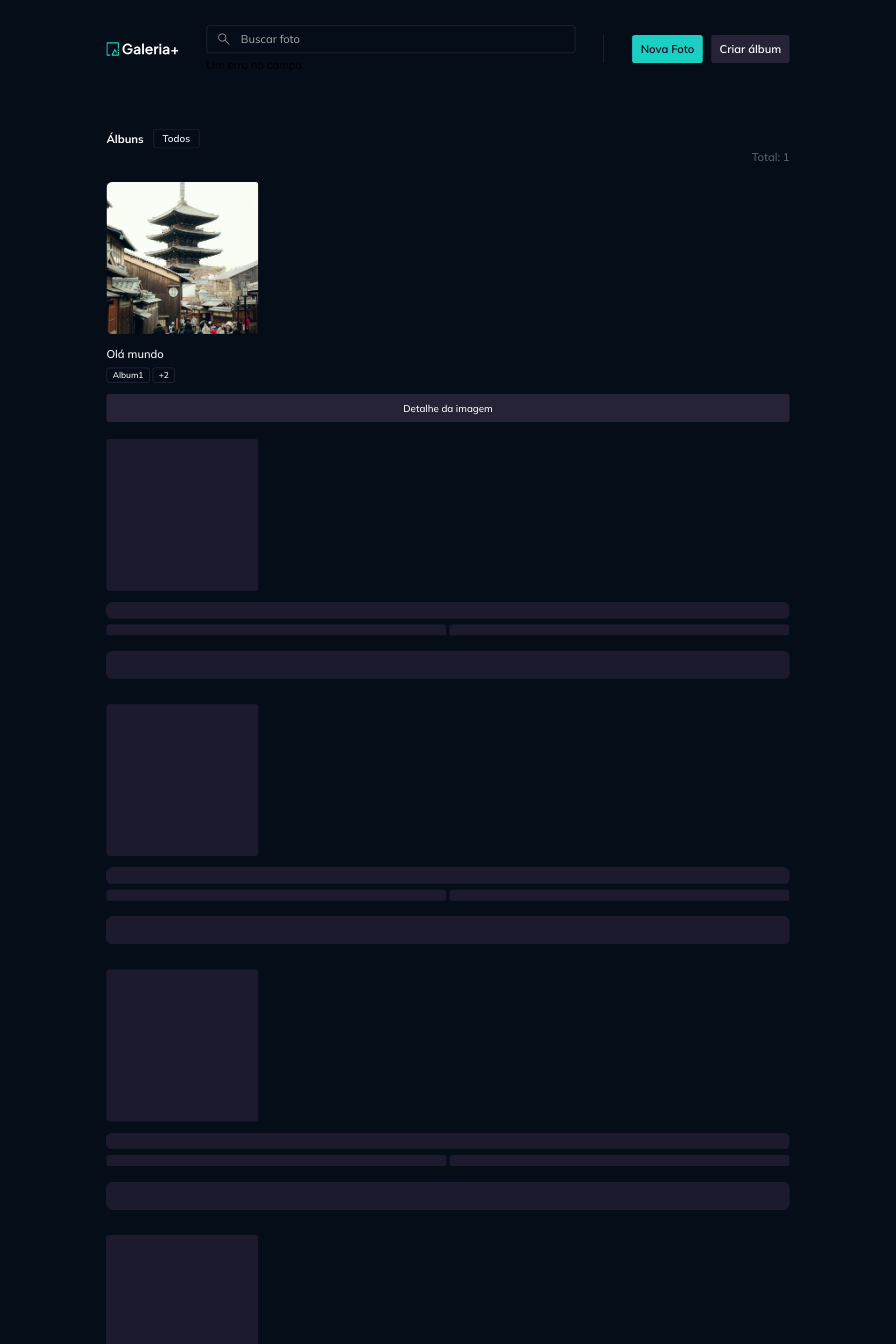
Repository: LuizMXavier/gallery-plus
Page: /
These files come from the project's save history. The page is drawn as it stood at one moment and after a run of saves; the edit follows.
The browser window is 1280 px wide. The pictures show the part of the page from y = 0 to 1920 px (the page is 4521 px tall before and 4557 px after), at 70% of full size.
The project was rebuilt for these pictures with package versions that can differ from the ones it lists, and the page was loaded fresh each time. Also part of the build but not shown: vite.config.ts, src/components/button-icon.tsx, src/components/alert.tsx, src/components/input-checkbox.tsx, src/components/input-single-file.tsx, src/components/card.tsx, src/components/dialog.tsx, src/pages/pages-components.tsx and 1 more.

Above is the page before, as saved 2025-09-22 17:50:57.

### index.html
<!DOCTYPE html>
<html lang="en">
	<head>
		<meta charset="UTF-8" />
		<link rel="icon" type="image/svg+xml" href="/favicon.svg" />

		<meta name="viewport" content="width=device-width, initial-scale=1.0" />

		<link rel="preconnect" href="https://fonts.googleapis.com" />
		<link rel="preconnect" href="https://fonts.gstatic.com" crossorigin />
		<link
			href="https://fonts.googleapis.com/css2?family=Mulish:ital,wght@0,200..1000;1,200..1000&display=swap"
			rel="stylesheet"
		/>

		<title>Galeria+</title>
	</head>
	<body class="bg-background-primary">
		<div id="root"></div>
		<script type="module" src="/src/main.tsx"></script>
	</body>
</html>

### src/main.tsx
import "./index.css";

import {StrictMode} from "react";
import {createRoot} from "react-dom/client";
import App from "./App.tsx";

createRoot(document.getElementById("root")!).render(
	<StrictMode>
		<App />
	</StrictMode>
);

### src/index.css
@import "tailwindcss";
@import "tw-animate-css";

@theme {
	--color-*: initial;
	--color-white: #ffffff;
	--color-black: #000000;
	--color-background-primary: #040d18;
	--color-background-secondary: #262337;
	--color-background-tertiary: #3c3857;
	--color-border-primary: #2c2c35;
	--color-border-active: #4c4c5d;
	--color-accent-brand: #1ccfc3;
	--color-accent-brand-light: #66eae1;
	--color-accent-red: #f54a26;
	--color-heading: #fafcff;
	--color-accent-paragraph: #f1f7ff;
	--color-accent-span: #5c636c;
	--color-placeholder: #a9a9a9;
	--color-label: #ffffff;
	--color-label-inverse: #040d18;

	--font-sans: "Mulish", sans-serif;
}

### src/App.tsx
import {BrowserRouter, Route, Routes} from "react-router";
import PageComponents from "./pages/pages-components";
import LayoutMain from "./pages/layout-main";
import PageHome from "./pages/page-home";
import PagePhotoDetails from "./pages/page-photo-details";

export default function App() {
	return (
		<BrowserRouter>
			<Routes>
				<Route element={<LayoutMain/>}>
					<Route index element={<PageHome/>}/>
					<Route path="/fotos/:id" element={<PagePhotoDetails/>}/>
					<Route path="/componentes" element={<PageComponents/>}/>
				</Route>

			</Routes>
		</BrowserRouter>
	)
}

### src/pages/layout-main.tsx
import { Outlet } from "react-router";
import MainHeader from "../components/main-header";
import MainContent from "../components/main-content";

export default function LayoutMain() {
  return (
    <>
      <MainHeader className="mt-9" />
      <MainContent>
        <Outlet />
      </MainContent>
    </>
  );
}

### src/pages/page-home.tsx
import Container from "../components/container";
import AlbumsFilter from "../contexts/albums/components/albums-filter";
import PhotoList from "../contexts/photos/components/photos-list";

export default function PageHome() {
  return (
    <Container>
      <AlbumsFilter albums={[]}/>
      <PhotoList
        photos={[{
            id: "123",
            title: "Olá mundo",
            imageId: "portrait-tower.png",
            albums: [
              { id: "3421", title: "Album1" },
              { id: "123", title: "Album2" },
              { id: "456", title: "Album3" },
            ],
          },
        ]}
      />
    </Container>
  );
}

### src/components/button.tsx
import React from "react";
import Icon from "./icon";
import Text from "./text";
import {tv, type VariantProps} from "tailwind-variants";
import SpinnerIcon from "../assets/icons/spinner.svg?react";
import cx from "classnames";

export const buttonVariants = tv({
	base: "flex items-center justify-center cursor-pointer transition rounded group gap-1",
	variants: {
		variant: {
			primary: "bg-accent-brand hover:bg-accent-brand-light",
			secondary: "bg-background-secondary hover:bg-background-tertiary",
			destructive: "bg-background-secondary hover:bg-background-tertiary",
			ghost: `
					bg-transparent border border-solid border-border-primary
				text-accent-paragraph hover:border-background-secondary
				`,
		},
		size: {
			sm: "h-7 py-1 px-3",
			md: "h-10 py-2 pl-3 pr-3",
		},
		disabled: {
			true: "opacity-50 pointer-events-none",
		},
		handling: {
			true: "pointer-events-none",
		},
	},
	defaultVariants: {
		variant: "primary",
		size: "md",
		disabled: false,
		handling: false,
	},
});

export const buttonTextVariants = tv({
	variants: {
		variant: {
			primary: "text-label-inverse",
			secondary: "text-label",
			destructive: "text-accent-red",
			ghost: "text-accent-paragraph",
		},
		size: {
			sm: "text-sm",
			md: "text-base",
		},
	},
	defaultVariants: {
		variant: "primary",
		size: "md",
	},
});

export const buttonIconVariants = tv({
	variants: {
		variant: {
			primary: "fill-label-inverse",
			secondary: "fill-label",
			destructive: "fill-accent-red",
			ghost: "fill-accent-paragraph",
		},
		size: {
			sm: "w-4 h-4",
			md: "w-6 h-6",
		},
		handling: {
			true: "w-4 h-4",
		},
	},
	defaultVariants: {
		variant: "primary",
		size: "md",
	},
});

interface ButtonProps
	extends Omit<React.ComponentProps<"button">, "size" | "disabled">,
		VariantProps<typeof buttonVariants> {
	icon?: React.ComponentProps<typeof Icon>["svg"];
	handling?: boolean;
}

export default function Button({
	variant,
	size,
	disabled,
	className,
	children,
	handling,
	icon,
	type = "button",
	...props
}: ButtonProps) {
	return (
		<button
			type={type}
			className={buttonVariants({
				variant,
				size,
				disabled,
				handling,
				className: cx(
					{
						"pr-1": icon,
					},
					className
				),
			})}
			disabled={disabled as boolean}
			{...props}
		>
			<Text
				variant="label-medium"
				className={buttonTextVariants({variant, size})}
			>
				{children}
			</Text>
			{(icon || handling) && (
				<Icon
					svg={handling ? SpinnerIcon : icon!}
					animate={handling}
					className={buttonIconVariants({variant, size, handling})}
				/>
			)}
		</button>
	);
}

### src/components/badge.tsx
import React from "react";
import Text from "./text";
import {tv, type VariantProps} from "tailwind-variants";
import cx from "classnames";
import Skeleton from "./skeleton";

export const badgeVariants = tv({
	base: "inline-flex items-center justify-center rounded",
	variants: {
		variant: {
			none: "",
			ghost:
				"bg-transparent border border-solid border-border-primary text-accent-paragraph",
		},
		size: {
			xs: "py-0.5 px-2",
			sm: "py-1 px-3",
		},
	},
	defaultVariants: {
		variant: "ghost",
		size: "sm",
	},
});

export const badgeTextVariants = tv({
	base: "text-xs",
	variants: {
		size: {
			xs: "text-xs",
			sm: "text-sm",
		},
	},
});

export const badgeSkeletonVariants = tv({
	variants: {
		size: {
			xs: "w-12 h-[1.375rem]",
			sm: "w-16 h-[1.875rem]",
		},
	},
	defaultVariants: {
		size: "sm",
	},
});

interface BadgeProps
	extends React.ComponentProps<"div">,
		VariantProps<typeof badgeVariants> {
	loading?: boolean;
}

export default function Badge({
	variant,
	size,
	className,
	children,
	loading,
	...props
}: BadgeProps) {
	if (loading) {
		return (
			<Skeleton
				rounded="full"
				className={cx(
					badgeVariants({variant: "none"}),
					badgeSkeletonVariants({size}),
					className
				)}
			/>
		);
	}

	return (
		<div className={badgeVariants({variant, size, className})} {...props}>
			<Text className={badgeTextVariants({size})}>{children}</Text>
		</div>
	);
}

### src/components/text.tsx
import React from "react";
import {tv, type VariantProps} from "tailwind-variants";

export const textVariants = tv({
	base: "font-sans text-white",
	variants: {
		variant: {
			"heading-large": "text-2xl leading-[130%] font-bold",
			"heading-medium": "text-xl leading-[130%] font-bold",
			"heading-small": "text-base leading-[130%] font-bold",
			"paragraph-large": "text-base leading-[150%] font-medium",
			"paragraph-medium": "text-sm leading-[150%] font-medium",
			"paragraph-small": "text-xs leading-[150%] font-medium",
			"label-medium": "text-base leading-[150%] font-semibold",
			"label-small": "text-xs leading-[150%] font-semibold",
		},
	},
	defaultVariants: {
		variant: "paragraph-medium",
	},
});

interface TextProps extends VariantProps<typeof textVariants> {
	as?: keyof React.JSX.IntrinsicElements;
	className?: string;
	children?: React.ReactNode;
}

export default function Text({
	as = "span",
	variant,
	className,
	children,
	...props
}: TextProps) {
	return React.createElement(
		as,
		{
			className: textVariants({variant, className}),
			...props,
		},
		children
	);
}

### src/components/divider.tsx
import {tv, type VariantProps} from "tailwind-variants";

export const dividerVariants = tv({
	base: "w-full h-px ",
	variants: {
		variant: {
			default: "bg-border-primary",
		},
		orientation: {
			horizontal: "w-full h-px",
			vertical: "w-px h-full",
		},
	},
	defaultVariants: {
		variant: "default",
	},
});

interface DividerProps
	extends React.ComponentProps<"div">,
		VariantProps<typeof dividerVariants> {
	orientation?: "horizontal" | "vertical";
}

export default function Divider({
	className,
	orientation = "horizontal",
	...props
}: DividerProps) {
	return (
		<div className={dividerVariants({className, orientation})} {...props} />
	);
}

### src/components/input-text.tsx
import { tv, type VariantProps } from "tailwind-variants";
import Icon from "./icon";
import Text from "./text";
import { serialize } from "v8";

export const inputTextContainerVariants = tv({
    base: "flex flex-col gap-1"
})

export const inputTextWrapperVariants = tv({
    base:`
        border border-solid border-border-primary
        focus:border-border-active bg-transparent
        rounded flex items-center gap-3
    `,
    variants: {
        size: {
            md:"h-10 p-3"
        },
        disabled: {
            true:"pointer-events-none"
        }
    },
    defaultVariants: {
        size:"md",
        disabled: false
    }
});

export const inputTextVariants = tv({
    base: `
        bg-transparent outiline-none placeholder:text-placeholder
        text-accent-paragraph flex-1
    `
})

export const inputTextIconVariants = tv({
    base:"fill-placeholder",
    variants: {
        size: {
            md:"w-6 h-6"
        }
    },
    defaultVariants: {
        size:"md"
    }
})

interface InputTextProps
    extends VariantProps<typeof inputTextWrapperVariants>,
    Omit<React.ComponentProps<"input">,"size" | "disabled"> {
        icon?: React.ComponentProps<typeof Icon>['svg'],
        error?: React.ReactNode;
    }

export default function InputText({
    size,
    disabled,
    className,
    icon,
    error,
    ...props
}: InputTextProps) {
    return (
        <div className={inputTextContainerVariants(className)}>
            <div className={inputTextWrapperVariants({size, disabled})}>
                {icon && <Icon svg={icon} className={inputTextIconVariants({size})}/>}
                <input className={inputTextVariants()} disabled={disabled as boolean} {...props}/>
            </div>Um erro no campo
            {error && (
                <Text variant="label-small" className="text-accent-red">
                {error}
            </Text>
            )}
        </div>
    )
}

### src/components/image-preview.tsx
import { tv } from "tailwind-variants";
import React from "react";

export const imageFilePreviewVariants = tv({
    base:`
        rounded-lg overflow-hidden
    `
});

export const imageFilePreviewImageVariants = tv ({
    base: `w-full h-full object-cover `
})

interface ImageFilePreviewProps extends React.ComponentProps<"img"> {
    imageClassName?: string;
}

export default function ImageFilePreview({
    className,
    imageClassName,
    ...props
}: ImageFilePreviewProps) {
    return (
        <div className={imageFilePreviewVariants({className})}>
            <img className={imageFilePreviewImageVariants({className: imageClassName})} {...props} />
        </div>
    )
}

### src/components/main-header.tsx
import { Link } from "react-router";
import Container from "./container";
import Logo from "../assets/images/galeria-plus-full-logo.svg?react";
import cx from 'classnames';
import Button from "./button";
import PhotosSearch from "./photos-search";
import Divider from "./divider";


interface MainHeaderProps extends React.ComponentProps<typeof Container>{}

export default function MainHeader({className, ...props}: MainHeaderProps) {
    return (
        <Container
            as="header"
            className={cx("flex justify-between items-center gap-10", className)} {...props}
        >
            <Link to="/">
                <Logo className="h-5"/>
            </Link>

            <PhotosSearch/>
            <Divider orientation="vertical" className="h-10"/>

            <div className="flex items-center gap-3">
                <Button>Nova Foto</Button>
                <Button variant="secondary">Criar álbum</Button>
            </div>

        </Container>
    );
}

### src/components/main-content.tsx
import cx from "classnames";

interface MainContentProps extends React.ComponentProps<"main">{}

export default function MainContent({
    children,
    className,
    ...props
}: MainContentProps) {
    return (
        <main className={cx("mt-20 pb-20", className)} {...props}>
            {children}
        </main>
    )
}

### src/components/container.tsx
import {type VariantProps, tv} from "tailwind-variants";
import React from "react";

export const containerVariants = tv({
	base: "mx-auto",
	variants: {
		size: {
			md: "max-w-[62rem] px-2",
		},
	},
	defaultVariants: {
		size: "md",
	},
});

interface ContainerProps
	extends VariantProps<typeof containerVariants>,
		React.ComponentProps<"div"> {
	as?: keyof React.JSX.IntrinsicElements;
}

export default function Container({
	as = "div",
	children,
	className,
	...props
}: ContainerProps) {
	return React.createElement(
		as,
		{
			className: containerVariants({size: "md", className}),
			...props,
		},
		children
	);
}

### src/contexts/albums/components/albums-filter.tsx
import Button from "../../../components/button";
import Text from "../../../components/text";
import type{ Album } from "../models/album";
import cx from "classnames";

interface AlbumsFilterProps extends React.ComponentProps<"div"> {
    albums: Album[];
    loading?: boolean;
}

export default function AlbumsFilter({albums, loading, className, ...props}: AlbumsFilterProps) {
    return (
        <div className={cx("flex items-center gap-3.5 overflow-x-auto", className)}{...props}>
            <Text variant="heading-small">Álbuns</Text>
            <div className="flex gap-3">
                <Button variant="ghost" size="sm" className="cursor-pointer">
                    Todos
                </Button>
            </div>
        </div>
    )
}

### src/contexts/photos/components/photos-list.tsx
import type { Photo } from "../models/photo";
import PhotoWidget from "./photo-widget";
import Text from "../../../components/text";
import Skeleton from "../../../components/skeleton";

interface PhotosListProps {
  photos: Photo[];
  loading?: boolean;
}

export default function PhotoList({ photos, loading }: PhotosListProps) {
  return (
    <div className="space-y-6">
        <Text
            as="div"
            variant="paragraph-large"
            className="flex items-center justify-end gap-1 text-accent-span"
        >
            Total:{" "}
            {!loading ? (
                <div>{photos.length}</div>
            ): (
                <Skeleton className="w-6 h-6"/>
            )}

        </Text>
      {!loading && photos?.length > 0 && (
        <div className="grid grid-colds-4 gap-9">
          {photos.map((photo) => (
            <PhotoWidget photo={photo} key={photo.id} />
          ))}
        </div>
      )}
      {!loading && (
        <div className="grid grid-colds-4 gap-9">
          {Array.from({ length: 10 }).map((_, index) => (
            <PhotoWidget
              key={`photo-loading-${index}`}
              photo={{} as Photo}
              loading
            />
          ))}
          ;
        </div>
      )}

      {!loading && photos.length === 0 && (
        <div className="flex justify-center items-center h-full">
          <Text variant="paragraph-large">Nenhuma foto encontrada</Text>
        </div>
      )}
    </div>
  );
}

### src/components/icon.tsx
import React from "react";
import {tv, type VariantProps} from "tailwind-variants";

export const iconVariants = tv({
	variants: {
		animate: {
			false: "",
			true: "animate-spin",
		},
	},
	defaultVariants: {
		animate: false,
	},
});

interface IconProps
	extends React.ComponentProps<"svg">,
		VariantProps<typeof iconVariants> {
	svg: React.FC<React.ComponentProps<"svg">>;
}

export default function Icon({
	svg: SvgComponent,
	animate,
	className,
	...props
}: IconProps) {
	return (
		<SvgComponent className={iconVariants({animate, className})} {...props} />
	);
}

### src/components/skeleton.tsx
import {tv, type VariantProps} from "tailwind-variants";
import React from "react";

export const skeletonVariants = tv({
	base: "animate-pulse bg-background-secondary pointer-events-none",
	variants: {
		rounded: {
			sm: "rounded-sm",
			lg: "rounded-lg",
			full: "rounded-full",
		},
	},
	defaultVariants: {
		rounded: "lg",
	},
});

interface SkeletonProps
	extends VariantProps<typeof skeletonVariants>,
		React.ComponentProps<"div"> {}

export default function Skeleton({
	rounded,
	className,
	...props
}: SkeletonProps) {
	return <div className={skeletonVariants({rounded, className})} {...props} />;
}

### src/components/photos-search.tsx
import InputText from "./input-text";
import SearchIcon from "../assets/icons/search.svg?react";
import React from "react";
import { debounce } from "../helpers/utils";

export default function PhotosSearch() {
    const [inputValue, setInputValue] = React.useState("");

    const debouncedSetValue = React.useCallback(
        debounce((value: string) => {
            console.log("Valor com debounce", value);
        },200),[]
    )

    function handleInputChange(e: React.ChangeEvent<HTMLInputElement>) {
        const value = e.target.value;


        setInputValue(value);
        debouncedSetValue(value);
    }
  return (
    <div className="relative flex-grow">
      <InputText icon={SearchIcon} placeholder="Buscar foto" value={inputValue} onChange={handleInputChange} />
    </div>
  );
}

### src/contexts/photos/components/photo-widget.tsx
import ImageFilePreview from "../../../components/image-preview";
import type { Photo } from "../models/photo";
import Skeleton from "../../../components/skeleton";
import Text from "../../../components/text";
import Badge from "../../../components/badge";
import { Link } from "react-router";
import { buttonTextVariants, buttonVariants } from "../../../components/button";
interface PhotoWidgetProps {
    photo: Photo;
    loading?: boolean;
}

export default function PhotoWidget({photo, loading}: PhotoWidgetProps) {
    return (
        <div className="flex flex-col gap-4">
            {!loading ? (
                <ImageFilePreview
                    src={`/images/${photo.imageId}`}
                    title={photo.title}
                    imageClassName="w-[13.5625rem] h-[13.5625rem] rounded lg"/>

            ): (
                <Skeleton className="w-[13.5625rem] h-[13.5625rem] rounded lg"/>
            )}

            <div className="flex flex-col gap-2">
                {!loading ? (
                    <Text variant="paragraph-large" className="truncate">
                        {photo.title}
                    </Text>
                ): (
                    <Skeleton className="w-full h-6"/>
                )}

                <div className="flex gap-1 min-h-[1.375rem]">
                    {!loading ? (
                        <>
                            {photo.albums.slice(0,1).map(album => (
                                <Badge className="truncate" size="xs" key={album.id}>
                                    {album.title}
                                </Badge>
                            ))}
                            {photo.albums.length > 1 && <Badge size="xs">
                                +{photo.albums.length - 1}
                                </Badge>}
                        </>
                    ): (
                        Array.from({length: 2}).map((_,index) => (
                            <Skeleton
                            key={`album-loading-${index}`}
                            className="w-full h-4 rounded-sm"
                            />
                        ))
                    )}

                </div>
            </div>
            {!loading ? (
                <Link
                  to={`/fotos/${photo.id}`}
                  className={buttonVariants({
                    variant:"secondary",
                    className:"px-2 py-2",
                  })}
                >
                    <Text className={buttonTextVariants({variant:"secondary",size:"sm"})}>
                        Detalhe da imagem
                    </Text>
                </Link>
            ): (
                <Skeleton className="w-full h-10"/>
            )}
        </div>
    )
}

### src/helpers/utils.ts

export function debounce<T extends (...args: any[]) => any>(
    func: T,
    wait: number
) {
    let timeout: ReturnType<typeof setTimeout> | null = null;

    return function (...args: Parameters<T>): void {
        const later = () => {
            timeout = null;
            func(...args);
        };

        if(timeout !== null) {
            clearTimeout(timeout);
        }

        timeout = setTimeout(later, wait);
    }
}

After the next 2 saves:
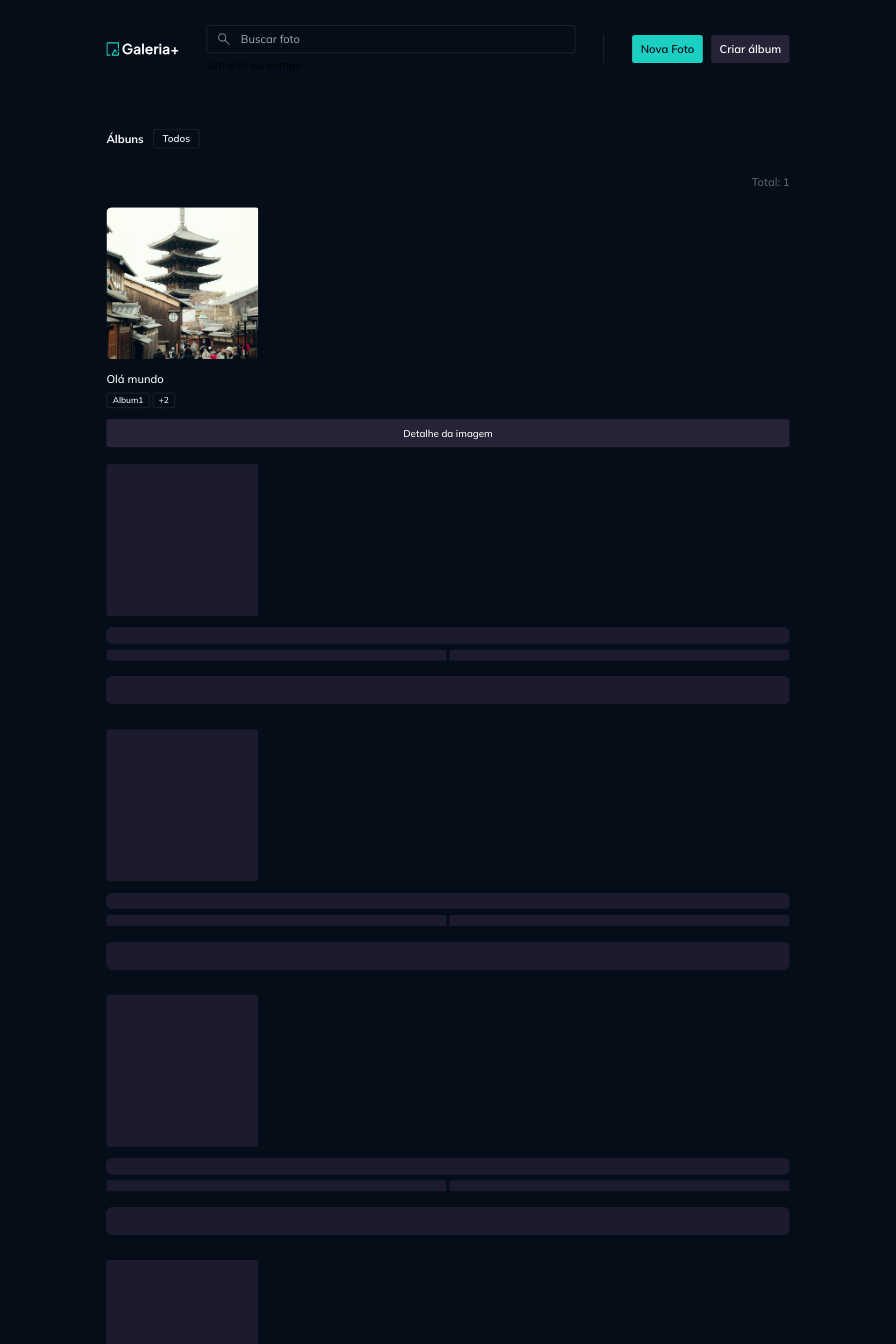
The 2 saves are shown as one change because they came seconds apart.
The last was saved 7 s later.
--- a/src/pages/page-home.tsx
+++ b/src/pages/page-home.tsx
@@ -5,7 +5,7 @@ import PhotoList from "../contexts/photos/components/photos-list";
 export default function PageHome() {
   return (
     <Container>
-      <AlbumsFilter albums={[]}/>
+      <AlbumsFilter albums={[]} className="mb-9"/>
       <PhotoList
         photos={[{
             id: "123",
